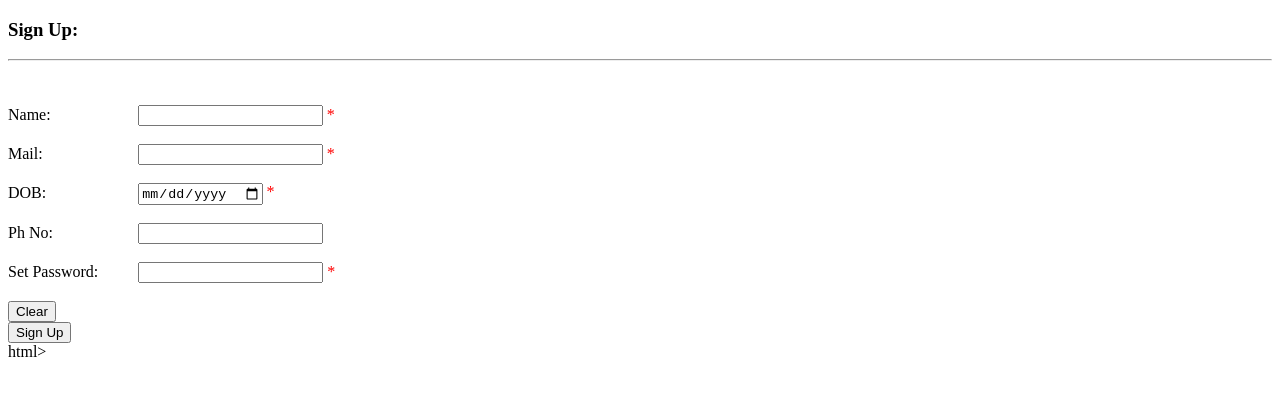
Repository: KrishnaSandeep79/WPS-Assignment
Page: WPS/WebContent/reg.html
An editor plug-in stored every save of this project. The page is shown before and after the next save, followed by the edit.
The browser window is 1280 px wide. The pictures show the whole page.

Above is the page before, as saved 2019-08-24 07:04:46.

### WPS/WebContent/reg.html
<!DOCTYPE html>
<html>
<head>
<meta charset="ISO-8859-1">
<title>Sign Up</title>
<script type="text/javascript">
function validateEmail(){
	emailPattern=/^[a-zA-Z]{1}[a-zA-Z0-9]{5,15}@{1}[a-z]{5,8}[.]{1}com$/
	emailStr=document.getElementById("email").value;
	emailObj=document.getElementById("invalid");
	if(!emailPattern.test(emailStr))
	{
		emailObj.innerHTML="Invalid Email";
	}
}
function validateName(){
	namePattern=/^[A-Z][a-zA-Z ]{5,20}$/
	nameStr=document.getElementById("name").value;
	nameObj=document.getElementById("invalid_name");
	if(!namePattern.test(nameStr))
	{
	    nameObj.innerHTML="Invalid Name";
	}
}
function validatePassword(){

	    passPattern=/^(?=.*[A-Z].*[A-Z])(?=.*[$@].*[$@])([a-z0-9A-Z$@#]).{6,20}$/
		passStr=document.getElementById("pass").value;
		passObj=document.getElementById("invalid_pass");
		if(!passPattern.test(passStr))
		{
		    passObj.innerHTML="Invalid Password";
		}
}
</script>
</head>
<body>
<h3>Sign Up:</h3>
<hr>
<br>
<br>
<form action="">
<label>Name:<input style="margin-left:87px" type="text" name="name" onblur="validateName()" id="name" required></label>
<span style="color:red;">*</span>
<b style="color:tomato;" id="invalid_name"></b>
<br>
<br>
<label>Mail:<input style="margin-left:95px" type="email" name="mail" onblur="validateEmail()" id="email" required></label>
<span style="color:red;">*</span>
<b style="color:tomato;" id="invalid"></b>
<br>
<br>
<label>DOB:<input style="margin-left:92px" type="date" name="date_of_birth" required></label>
<span style="color:red;">*</span>
<br>
<br>
<label>Ph No:<input style="margin-left:85px" type="text" name="number"></label>
<br>
<br>
<label>Set Password:<input style="margin-left:40px" type="password" name="pwd1" id="pass" onblur="validatePassword()" required></label>
<span style="color:red;">*</span>
<b style="color:tomato;" id="invalid_pass"></b>
<br>
<br>
<input type="reset" value="Clear"><br>
<input type="submit" value="Sign Up">
</form>
</body>
</html>html>

After the next save:
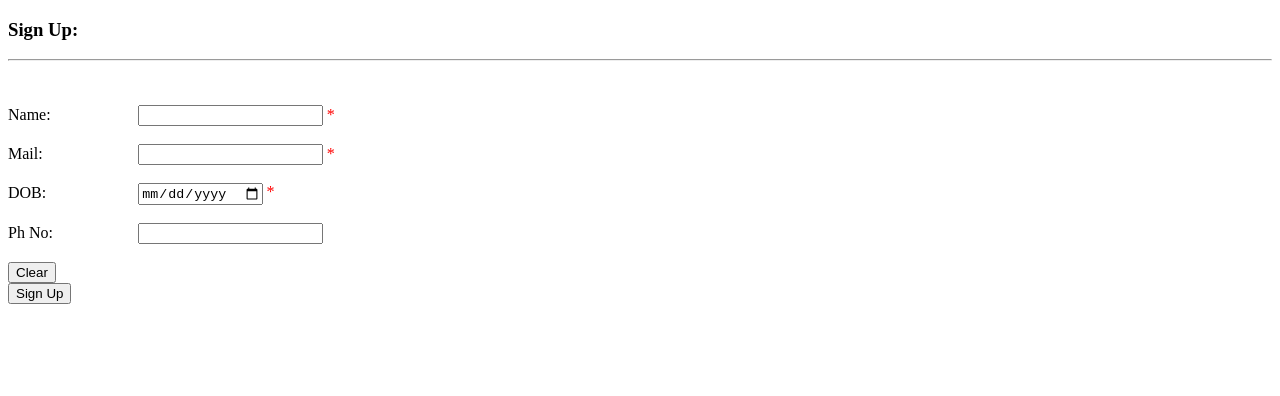
Saved 2 min 7 s later.
--- a/WPS/WebContent/reg.html
+++ b/WPS/WebContent/reg.html
@@ -57,13 +57,9 @@
 <label>Ph No:<input style="margin-left:85px" type="text" name="number"></label>
 <br>
 <br>
-<label>Set Password:<input style="margin-left:40px" type="password" name="pwd1" id="pass" onblur="validatePassword()" required></label>
-<span style="color:red;">*</span>
-<b style="color:tomato;" id="invalid_pass"></b>
-<br>
-<br>
+
 <input type="reset" value="Clear"><br>
 <input type="submit" value="Sign Up">
 </form>
 </body>
-</html>html>
+</html>
